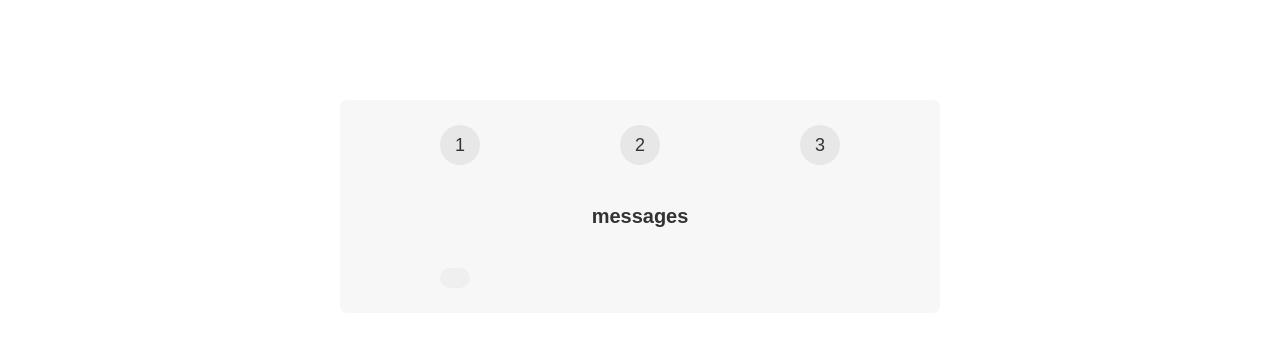
Repository: vgor15/steps
Page: /
The author's editor kept a copy of each file at every save. The page is drawn from the files as they stood at one save, then again after a run of saves.
The browser window is 1280 px wide. The pictures show the whole page.
The project was rebuilt for these pictures with package versions that can differ from the ones it lists, and the page was loaded fresh each time.

Above is the page before, as saved 2025-03-07 14:58:11.

After the next 3 saves:
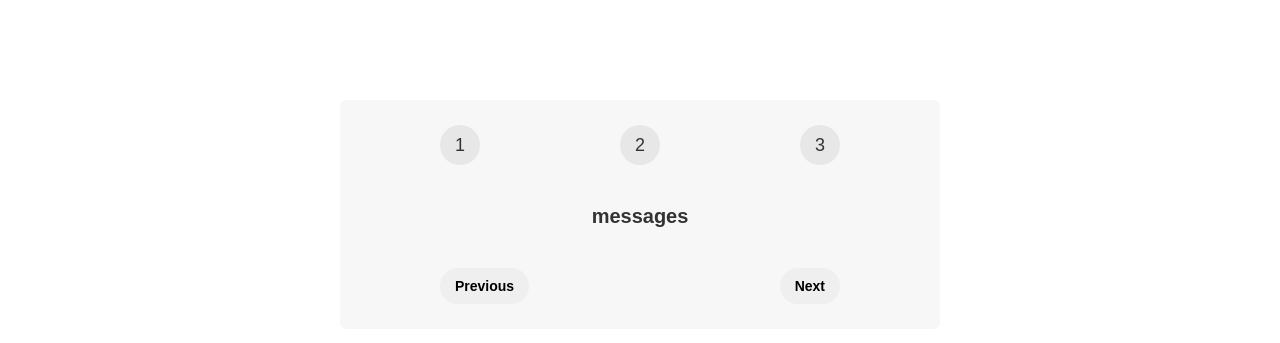
The 3 saves are shown as one change because they came seconds apart.
The last was saved 12 s later.
--- a/src/App.js
+++ b/src/App.js
@@ -10,7 +10,8 @@ function App() {
       <p className="message">messages</p>
 
       <div className="buttons">
-        <button></button>
+        <button>Previous</button>
+        <button>Next</button>
       </div>
     </div>
   );
